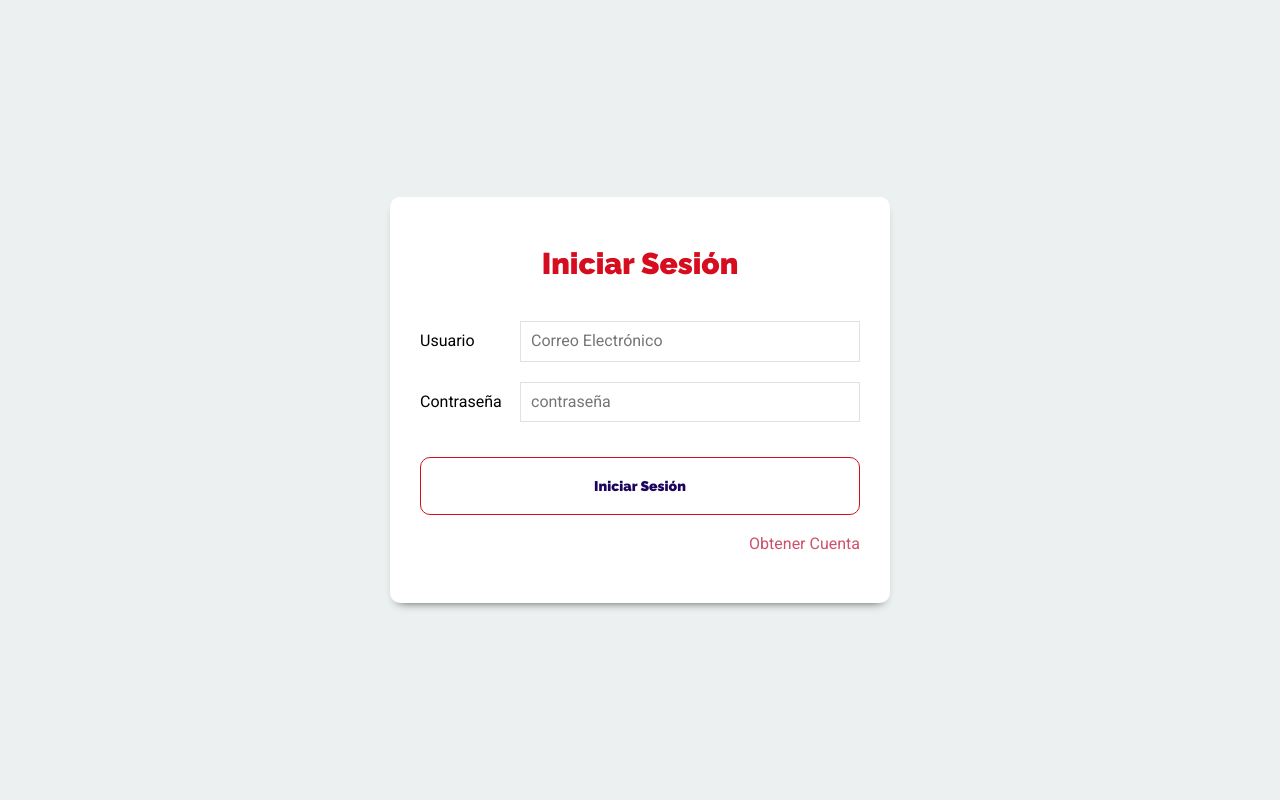
Repository: andrescovarrubias/admin-proyectos
Page: / (app in cliente/)
The author's editor kept a copy of each file at every save. The page is drawn from the files as they stood at one save, then again after the next save.
The browser window is 1280 px wide. The pictures show the whole page.
The pointer rests on the first visible `.btn-primario`.
The project was rebuilt for these pictures with package versions that can differ from the ones it lists, and the page was loaded fresh each time. Also part of the build but not shown: cliente/src/components/auth/NuevaCuenta.jsx, cliente/src/components/proyectos/NuevoProyecto.jsx, cliente/src/components/layout/SideBar.jsx, cliente/src/components/proyectos/Proyectos.jsx.

Above is the page before, as saved 2020-10-31 17:37:28.

### cliente/src/index.css
:root {
  --blanco: #ffffff;
  --blanco2: #fcf7ff;
  --blanco3: #ecf0f1;
  --azul1: #258ea6;
  --morado1: #4d376d;
  --morado2: #861657;
  --azul2: #1b065e;
  --azul3: #2e4052;
  --rojo: #d60d1e;
  --rojo2: #b8082c;
  --rojo3: #b91a2f;
  --headingFont: "Raleway", sans-serif;
  --textFont: "Roboto", sans-serif;
}
*,
*:before,
*:after {
  box-sizing: inherit;
}
html {
  box-sizing: border-box;
  height: 100%;
  font-size: 62.5%;
}
body {
  min-height: 100%;
  background-color: #ecf0f1;
  font-size: 16px;
  font-size: 1.6rem;
  font-family: var(--textFont);
}

h1,
h2 {
  font-family: var(--headingFont);
  font-weight: 900;
  margin: 0 0 4rem 0;
  text-align: center;
  color: var(--rojo);
}
h1 span {
  font-weight: 400;
}
h1 {
  font-size: 3rem;
}
h2 {
  font-size: 2.4rem;
}
ul {
  list-style: none;
  padding: 0;
  margin: 0;
}
a {
  text-decoration: none;
  color: var(--gris2);
}

/** BOTONES **/
.btn {
  margin-top: 2vh;
  font-family: var(--headingFont);
  padding: 20px;
  font-size: 14px;
  font-weight: bold;
  border-radius: 10px;
  border: 1px solid #d60d1e;
  transition: background-color 0.3s ease;
}
.btn:hover {
  cursor: pointer;
}
.btn-primario {
  background-color: var(--blanco);
  color: var(--azul2);
}
.btn-primario:hover {
  /* background: var(--azul3); */
}
.btn-secundario {
  background-color: var(--rojo2);
}
.btn-block {
  display: block;
  width: 100%;
}
.btn-submit:hover {
  background-color: #b91a2f;
}
.btn-blank {
  margin: 0;
  padding: 0;
  display: block;
  background-color: transparent;
}

@media (min-width: 768px) {
  .contenedor-app {
    display: flex;
    min-height: 100vh;
  }

  aside {
    background-color: var(--blanco);
    flex: 0 0 300px;
  }
  .seccion-principal {
    flex: 1;
  }
}

/* BARRA LATERAL */
aside {
  padding: 3rem;
}

.formulario-nuevo-proyecto {
  margin-top: 6rem;
}
.formulario-nuevo-proyecto .input-text {
  border-bottom: 1px solid var(--gris2);
  border-radius: 0;
  background-color: var(--gris1);
}
.formulario-nuevo-proyecto .input-text::placeholder {
  color: var(--gris2);
}
.proyectos {
  margin-top: 5vh;
}
.listado-proyectos li {
  margin-bottom: 2rem;
}
.listado-proyectos li a {
  font-size: 1.4rem;
  color: var(--gris2);
  line-height: 1.5;
  font-weight: 300;
}
.app-header {
  display: flex;
  justify-content: space-between;
  background-color: var(--gris2);
  padding: 4rem;
}
.nombre-usuario {
  color: var(--blanco);
  font-size: 2.2rem;
  margin: 0;
}
.nombre-usuario span {
  font-weight: 900;
}
.nav-principal a {
  color: var(--blanco);
  text-decoration: none;
}
.nav-principal a:first-of-type {
  margin-right: 2rem;
}

/** Formulario crear y editar tareas **/
.formulario {
  background-color: var(--gris3);
  padding: 4rem;
}
.formulario form {
  max-width: 600px;
  margin: 0 auto;
}
.contenedor-input {
  display: flex;
}
.contenedor-input label {
  margin-bottom: 1rem;
  color: var(--blanco);
}
.input-text {
  padding: 1rem;
  border: none;
  border-radius: 0.5rem;
  flex: 1;
  width: 100%;
}

/** TAREAS LISTADO **/
.contenedor-tareas {
  padding: 4rem;
}

.listado-tareas {
  max-width: 600px;
  margin: 0 auto;
}

.tarea {
  display: flex;
  justify-content: space-between;
  background-color: var(--blanco);
  padding: 0.5rem 2rem;
  align-items: center;
  margin-bottom: 1rem;
  border-radius: 0.5rem;
}
.sombra {
  -webkit-box-shadow: 0px 4px 10px -3px rgba(117, 117, 117, 1);
  -moz-box-shadow: 0px 4px 10px -3px rgba(117, 117, 117, 1);
  box-shadow: 0px 4px 10px -3px rgba(117, 117, 117, 1);
}
.sombra-dark {
  -webkit-box-shadow: 0px 6px 11px -8px rgba(0, 0, 0, 0.9);
  -moz-box-shadow: 0px 6px 11px -8px rgba(0, 0, 0, 0.9);
  box-shadow: 0px 6px 11px -8px rgba(0, 0, 0, 0.9);
}
.tarea .acciones .btn:first-of-type {
  margin-right: 1rem;
}
.tarea p {
  font-size: 1.6rem;
  flex: 1;
  padding-right: 2rem;
}
.tarea .btn {
  padding: 0.8rem;
  font-size: 1.4rem;
  border-radius: 0;
  margin: 0;
}

.estado {
  margin-right: 1rem;
}
.estado button,
.mensaje {
  font-weight: 900;
  font-family: var(--textFont);
  font-size: 1rem;
  padding: 0.5rem;
  border-radius: 0.5rem;
  cursor: pointer;
  border: none;
}
.mensaje {
  text-align: center;
  font-size: 1.6rem;
  border-radius: 0;
}
.mensaje:hover {
  cursor: default;
}
.completo,
.correcto {
  background-color: rgba(154, 252, 154, 0.3);
  color: var(--gris3);
}
.incompleto {
  background-color: rgba(255, 178, 178, 0.4);
  color: var(--gris3);
}
.error {
  max-width: 600px;
  margin: 2rem auto 0 auto;
  background-color: rgb(170, 0, 0);
  color: var(--blanco);
}

.tarea-enter,
.proyecto-enter {
  opacity: 0;
}
.tarea-enter-active,
.proyecto-enter-active {
  opacity: 1;
  transition: opacity 200ms;
}
.tarea-exit,
.proyecto-exit {
  opacity: 1;
}
.tarea-exit-active,
.proyecto-exit-active {
  opacity: 0;
  transition: opacity 200ms;
}

.form-usuario {
  height: 100vh;
  min-height: 800px;
  display: flex;
  align-items: center;
  justify-content: center;
}

.contenedor-form {
  padding: 5rem 3rem;
  max-width: 500px;
  width: 95%;
  background-color: var(--blanco);
  border-radius: 1rem;
}
.contenedor-form h1 {
  color: var(--rojo);
}

.campo-form {
  display: flex;
  margin-bottom: 2rem;
  align-items: center;
}
.campo-form:last-of-type {
  margin: 0;
}
.campo-form label {
  flex: 0 0 100px;
  font-family: var(--textFont);
}
.campo-form input[type="password"],
.campo-form input[type="email"],
.campo-form input[type="text"] {
  border: 1px solid #e1e1e1;
  padding: 1rem;
  flex: 1;
}

.enlace-cuenta {
  margin-top: 2rem;
  display: block;
  opacity: 0.7;
  float: right;
  color: var(--rojo2);
}
.enlace-cuenta:hover {
  text-decoration: underline var(--rojo);
}

.alerta {
  position: fixed;
  top: 0;
  left: 0;
  padding: 1rem 3rem;
  border-radius: 1rem;
  font-family: var(--headingFont);
  font-weight: 600;
  text-transform: uppercase;
  font-size: 2.2rem;
  text-align: center;
  width: 100%;
}
@media (min-width: 768px) {
  .alerta {
    width: auto;
    top: 30px;
    right: 10px;
    left: auto;
  }
}

.alerta-ok {
  background-color: rgb(109, 211, 109);
  color: rgb(2, 103, 2);
}
.alerta-error {
  background-color: rgb(230, 78, 78);
  color: var(--blanco);
}

### cliente/src/App.js
import React, {Fragment, useState, useEffect, useContext} from 'react';
import Login from './components/auth/Login';
import NuevaCuenta from './components/auth/NuevaCuenta';
import Proyectos from './components/proyectos/Proyectos';

import {BrowserRouter as Router, Switch, Route} from 'react-router-dom';


function App() {
  return (
    <Router>
      <Switch>
        <Route exact path='/' component = {Login} />
        <Route exact path='/nueva-cuenta' component = {NuevaCuenta} />
        <Route exact path='/proyectos' component = {Proyectos} />
      </Switch>
    </Router>
  );
}

export default App;

### cliente/src/components/auth/Login.jsx
import React, { useState } from 'react';
import {Link} from 'react-router-dom';


const Login = () => {

     // state para iniciar sesion
     const [usuario, guardarUsuario] = useState ({
          email:'',
          password:''
     });

     // extraer el usuario
     const {email, password} = usuario;

     const onChange = e => {
          guardarUsuario({
               ...usuario,
               [e.target.name] : e.target.value
          })
     }


     // cuando el usuario quiere iniciar sesion
     const onSubmit = e => {
          e.preventDefault();

          // validar que no haya campos vacios

          // contraseña minimo de 6 caracteres

          // contraseña iguales

          // pasarlo al action

     }

     return (
          <div className="form-usuario">
               <div className="contenedor-form sombra-dark">
                    <h1>Iniciar Sesión</h1>
                    <form
                         onSubmit = {onSubmit}
                    >
                         <div className="campo-form">
                              <label htmlFor="email">Usuario</label>
                              <input
                                   type="email"
                                   id="email"
                                   name="email"
                                   placeholder="Correo Electrónico"
                                   autocomplete="off"
                                   required
                                   value={email}
                                   onChange={onChange}
                              />
                         </div>
                         <div className="campo-form">
                              <label htmlFor="password">Contraseña</label>
                              <input
                                   type="password"
                                   id="password"
                                   name="password"
                                   placeholder="contraseña"
                                   autocomplete="off"
                                   value={password}
                                   required
                                   onChange={onChange}
                              />
                         </div>

                         <div className="campo-form">
                              <input type="submit" className=" btn btn-primario btn-block" value="Iniciar Sesión"/>
                         </div>
                    </form>
                    <Link to={'/nueva-cuenta'} className="enlace-cuenta">
                         Obtener Cuenta
                    </Link>
               </div>
          </div>
      );
}

export default Login;

Loaded but not shown: cliente/public/index.html (common file); cliente/src/index.js (common file); cliente/src/reportWebVitals.js (common file); cliente/public/manifest.json (common file)

After the next save:
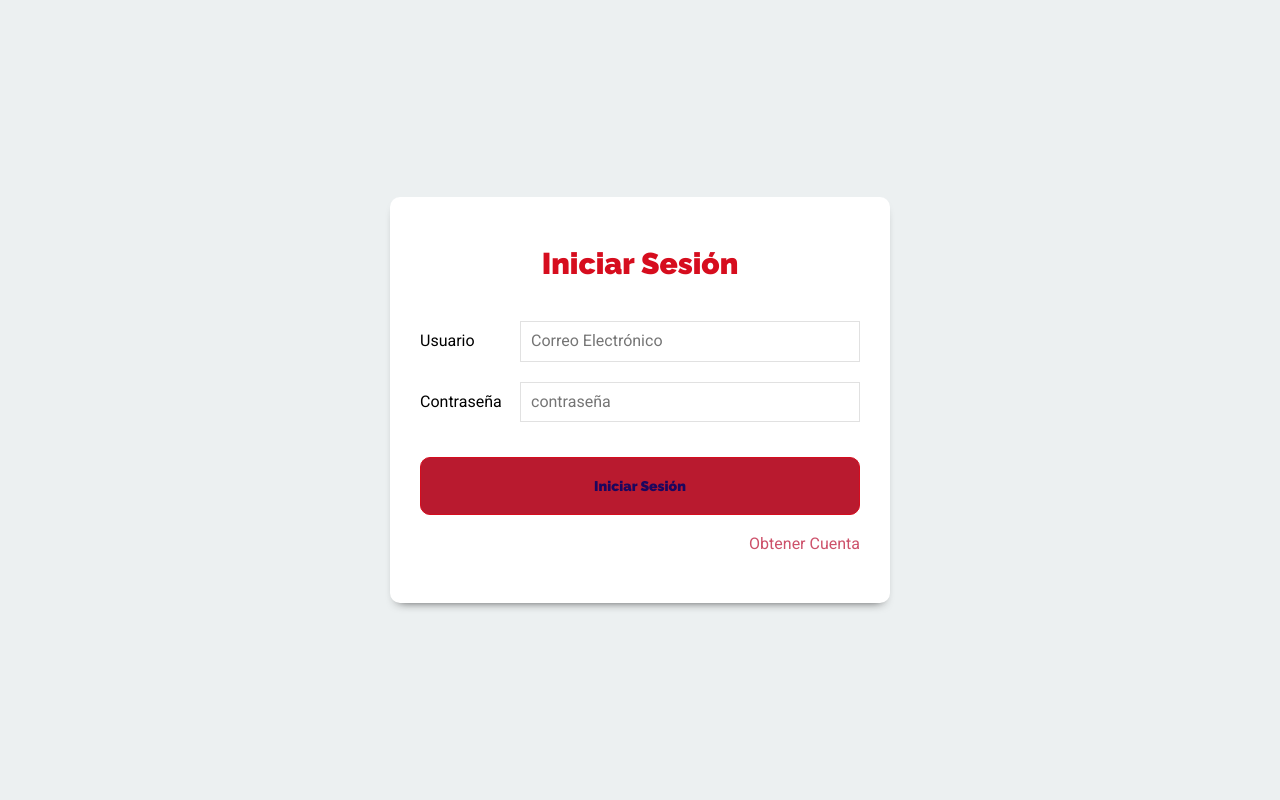
Saved 13 s later.
--- a/cliente/src/index.css
+++ b/cliente/src/index.css
@@ -77,7 +77,7 @@ a {
   color: var(--azul2);
 }
 .btn-primario:hover {
-  /* background: var(--azul3); */
+  background: var(--rojo3);
 }
 .btn-secundario {
   background-color: var(--rojo2);
